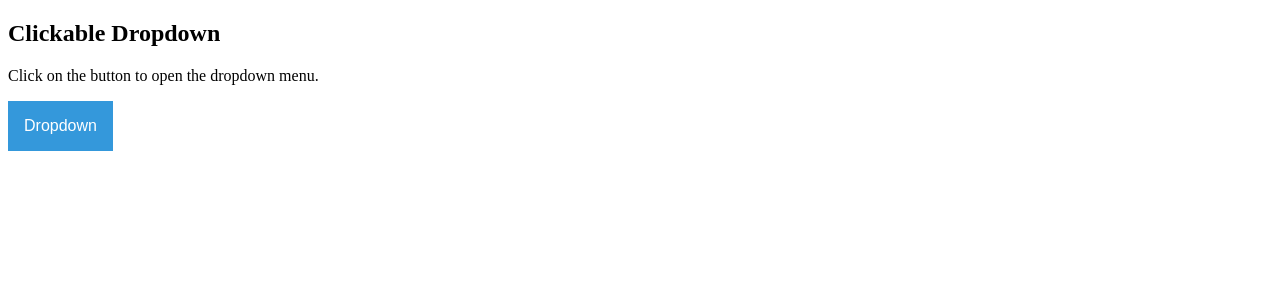
Repository: sabadia/task
Page: dropDown.html
These files come from the project's save history. The page is drawn as it stood at one moment and after the next save; the edit follows.
The browser window is 1280 px wide. The pictures show the whole page.

Above is the page before, as saved 2020-04-26 15:17:42.

After the next save:
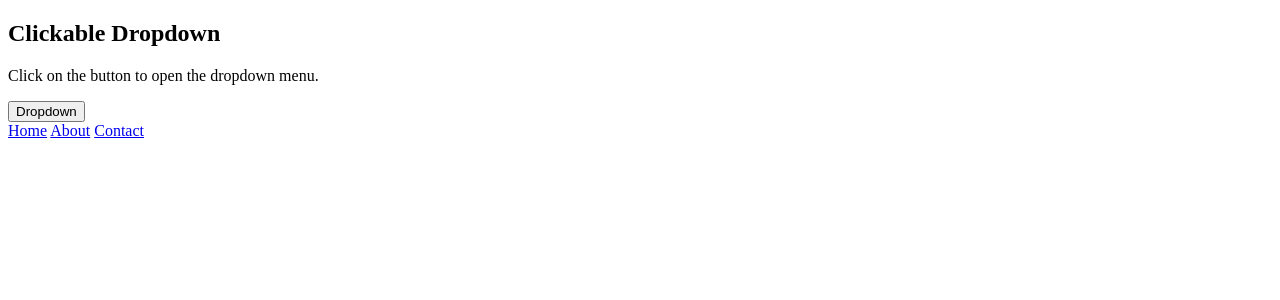
Saved 40 s later.
--- a/dropDown.html
+++ b/dropDown.html
@@ -2,46 +2,7 @@
 <html>
 <head>
 <meta name="viewport" content="width=device-width, initial-scale=1">
-<style>
-.dropbtn {
-  background-color: #3498DB;
-  color: white;
-  padding: 16px;
-  font-size: 16px;
-  border: none;
-  cursor: pointer;
-}
 
-.dropbtn:hover, .dropbtn:focus {
-  background-color: #2980B9;
-}
-
-.dropdown {
-  position: relative;
-  display: inline-block;
-}
-
-.dropdown-content {
-  display: none;
-  position: absolute;
-  background-color: #f1f1f1;
-  min-width: 160px;
-  overflow: auto;
-  box-shadow: 0px 8px 16px 0px rgba(0,0,0,0.2);
-  z-index: 1;
-}
-
-.dropdown-content a {
-  color: black;
-  padding: 12px 16px;
-  text-decoration: none;
-  display: block;
-}
-
-.dropdown a:hover {background-color: #ddd;}
-
-.show {display: block;}
-</style>
 </head>
 <body>
 

After the save that followed:
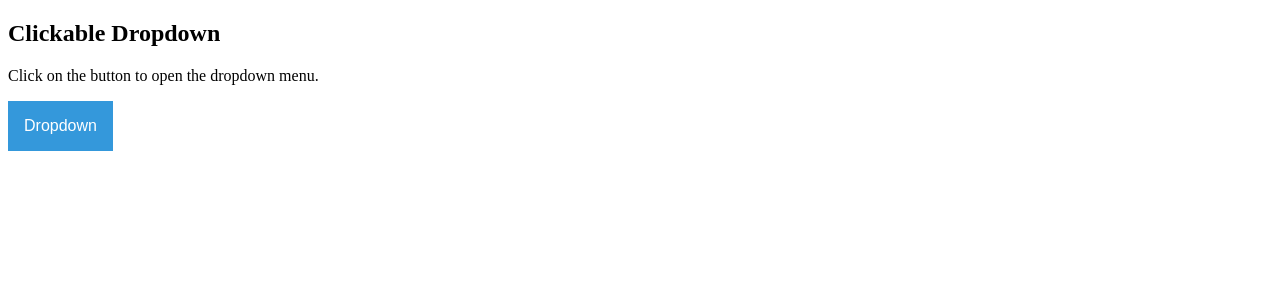
Saved 7 s later.
--- a/dropDown.html
+++ b/dropDown.html
@@ -2,7 +2,46 @@
 <html>
 <head>
 <meta name="viewport" content="width=device-width, initial-scale=1">
+<style>
+.dropbtn {
+  background-color: #3498DB;
+  color: white;
+  padding: 16px;
+  font-size: 16px;
+  border: none;
+  cursor: pointer;
+}
 
+.dropbtn:hover, .dropbtn:focus {
+  background-color: #2980B9;
+}
+
+.dropdown {
+  position: relative;
+  display: inline-block;
+}
+
+.dropdown-content {
+  display: none;
+  position: absolute;
+  background-color: #f1f1f1;
+  min-width: 160px;
+  overflow: auto;
+  box-shadow: 0px 8px 16px 0px rgba(0,0,0,0.2);
+  z-index: 1;
+}
+
+.dropdown-content a {
+  color: black;
+  padding: 12px 16px;
+  text-decoration: none;
+  display: block;
+}
+
+.dropdown a:hover {background-color: #ddd;}
+
+.show {display: block;}
+</style>
 </head>
 <body>
 
